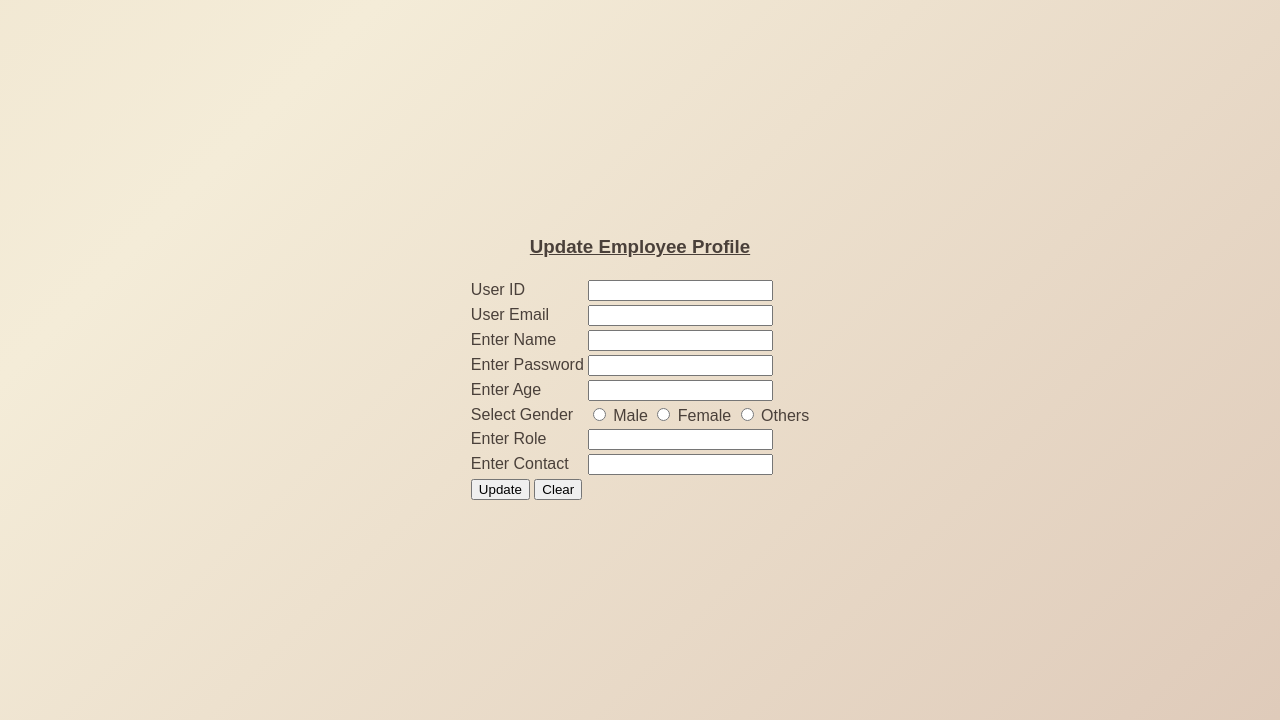
Repository: chaitanyasivathmika/NutrientDiet
Page: http://localhost/NutrientDiet/usersettings.jsp
These files come from the project's save history. The page is drawn as it stood at one moment and after the next save; the edit follows.
The browser window is 1280 px wide. The pictures show the whole page.
The page is served by Tomcat 10. Other server files are loaded and not shown.

Above is the page before, as saved 2024-11-15 13:12:13.

### NutrientDiet/src/main/webapp/usersettings.jsp

<!DOCTYPE html>
<html>
<head>
    <title>Update Employee</title>
    <style>
    /* General styling for body */
    body {
        margin: 0;
        padding: 0;
        font-family: 'Arial', sans-serif;
        background: linear-gradient(135deg, #e9dac1, #f4ecd8, #dac3b3); /* Soft pastel gradient */
        color: #4a403a; /* Dark brownish-gray text */
        height: 100vh;
        display: flex;
        flex-direction: column;
        justify-content: center;
        align-items: center;
        background-size: 200% 200%;
        animation: backgroundAnimation 12s ease infinite;
    }

    /* Background gradient animation */
    @keyframes backgroundAnimation {
        0% { background-position: 0% 50%; }
        50% { background-position: 100% 50%; }
        100% { background-position: 0% 50%; }
    }

    /* Centered heading styling */
    h2 {
        margin-bottom: 20px;
        color: #5a4d44; /* Warm, deep color for heading */
        font-size: 34px;
        text-align: center;
        text-shadow: 0 0 8px rgba(90, 77, 68, 0.2);
    }

    /* Navbar styling */
    .navbar {
        display: flex;
        justify-content: center;
        gap: 15px;
        margin-bottom: 20px;
    }

    .navbar a {
        text-decoration: none;
        padding: 12px 24px;
        color: #f4ecd8; /* Light, subtle text color for buttons */
        font-weight: bold;
        position: relative;
        border-radius: 10px;
        overflow: hidden;
        background-color: #a67f60; /* Earthy brown background for buttons */
        box-shadow: 0 4px 10px rgba(0, 0, 0, 0.15);
        transition: all 0.4s ease-in-out;
        cursor: pointer;
    }

    /* Navbar button hover effect */
    .navbar a:hover {
        color: #dac3b3; /* Softer color on hover */
        background-color: #c49782; /* Slightly lighter earthy tone */
        box-shadow: 0 0 10px 3px rgba(196, 151, 130, 0.4);
        transform: translateY(-4px); /* Lift effect */
    }

    /* Button active click effect */
    .navbar a:active {
        box-shadow: 0 0 8px 2px rgba(165, 115, 94, 0.4);
        transform: translateY(2px); /* Subtle press-down effect */
    }

    /* Content display area */
    .content {
        display: none; /* Hidden by default */
        padding: 20px;
        margin-top: 20px;
        width: 80%;
        max-width: 600px;
        background-color: #e5d2c2; /* Soft background for content area */
        border-radius: 10px;
        box-shadow: 0 6px 12px rgba(0, 0, 0, 0.1);
        color: #4a403a;
        font-size: 16px;
        text-align: center;
    }

    /* JavaScript for toggling content */
    .navbar a.active + .content {
        display: block; /* Show content when button is active */
    }
</style>
</head>
<body>

  </h4>

    <h3 style="text-align: center;"><u>Update Employee Profile</u></h3>
    <div class="form-container">
        <form method="post" action="updateuserprofile">
            <table>
                <tr>
                    <td><label for="id">User ID</label></td>
                    <td><input type="number" id="id" name="id"  <%-- value="<%= us.getId() %>" --%> required/></td>
                </tr>
               <tr>
                    <td><label for="uemail">User Email</label></td>
                    <td><input type="email" id="uemail" name="uemail" <%-- value="<%= emp.getName() %>" --%> required/></td>
                </tr>
                <tr>
                    <td><label for="uname">Enter Name</label></td>
                    <td><input type="text" id="uname" name="uname" <%-- value="<%= emp.getDateofbirth() %>" --%> required/></td>
                </tr>
                <tr>
                    <td><label for="upassword">Enter Password</label></td>
                    <td><input type="password" id="upassword" name="upassword" <%-- value="<%= emp.getDateofbirth() %>" --%> required/></td>
                </tr>
                <tr>
                    <td><label for="uage">Enter Age</label></td>
                    <td><input type="text" id="uage" name="uage" <%-- value="<%= emp.getDateofbirth() %>" --%> required/></td>
                </tr>

                <tr>
                    <td><label>Select Gender</label></td>
                    <td>
                        <input type="radio" id="male" name="ugender" value="MALE" <%-- <%= emp.getGender().equals("MALE") ? "checked" : "" --%>  required/>
                        <label for="male">Male</label>
                        <input type="radio" id="female" name="ugender" value="FEMALE" <%-- <%= emp.getGender().equals("FEMALE") ? "checked" : "" --%>  required/>
                        <label for="female">Female</label>
                        <input type="radio" id="others" name="ugender" value="OTHERS" <%-- <%= emp.getGender().equals("OTHERS") ? "checked" : "" --%>  required/>
                        <label for="others">Others</label>
                    </td>
                </tr>


                <tr>
                    <td><label for="urole">Enter Role</label></td>
                    <td><input type="text" id="urole" name="urole"  <%-- value="<%= emp.getSalary() %>" --%> required/></td>
                </tr>
                <tr>
                    <td><label for="ucontact">Enter Contact</label></td>
                    <td><input type="text" id="ucontact" name="ucontact" <%-- value="<%= emp.getLocation() %>" --%> required/></td>
                </tr>

                <tr>
                    <td colspan="2" class="button-container">
                        <input type="submit" value="Update"/>
                        <input type="reset" value="Clear"/>
                    </td>
                </tr>
            </table>
        </form>
    </div>
</body>
</html>

After the next save:
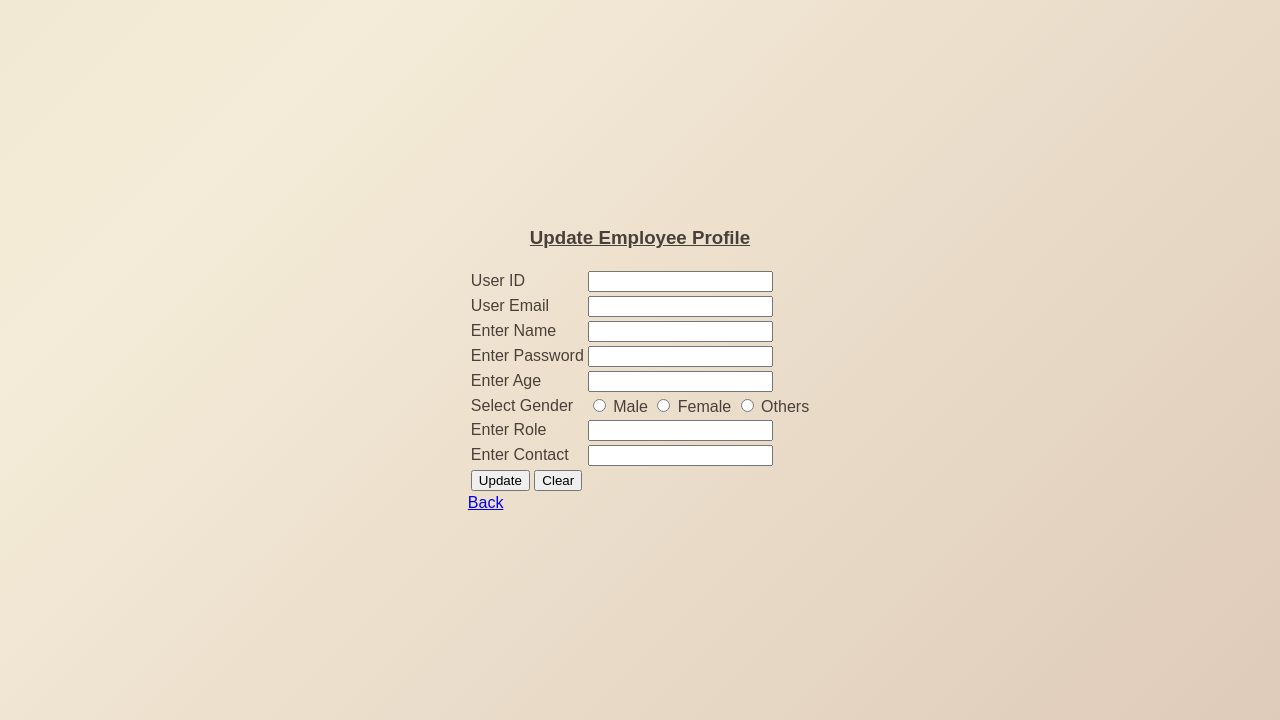
Saved 3 min 43 s later.
--- a/NutrientDiet/src/main/webapp/usersettings.jsp
+++ b/NutrientDiet/src/main/webapp/usersettings.jsp
@@ -151,6 +151,7 @@
                     </td>
                 </tr>
             </table>
+            <a href="userhome">Back</a>
         </form>
     </div>
 </body>
